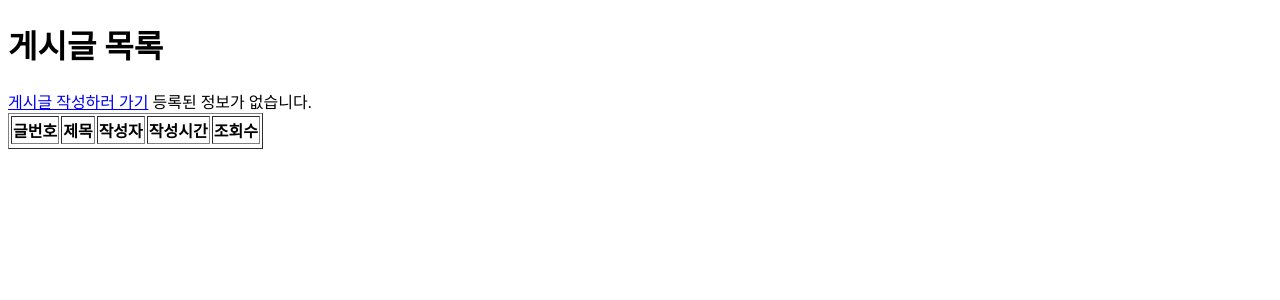
Repository: BSHaRu/secret
Page: http://localhost/integrated_implementaion/board/board_list.jsp
These files come from the project's save history. The page is drawn as it stood at one moment and after the next save; the edit follows.
The browser window is 1280 px wide. The pictures show the whole page.
The page is served by Tomcat 9.

Above is the page before, as saved 2022-07-13 04:43:51.

After the next save:
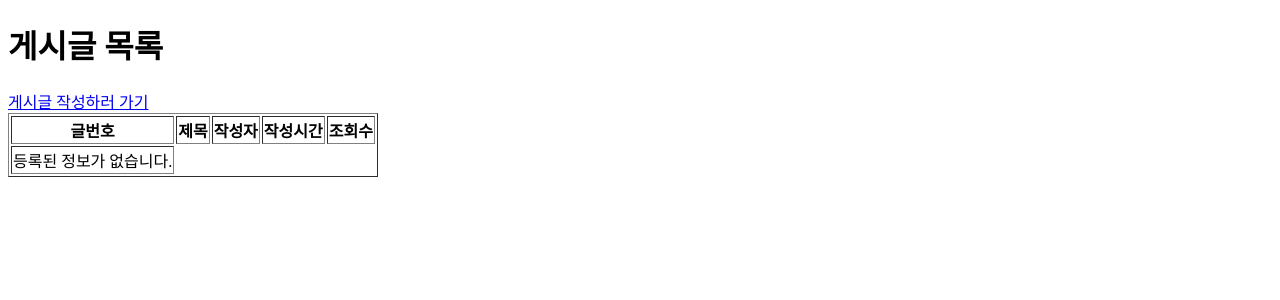
Saved 47 s later.
--- a/workspace/jsp/integrated_implementaion/src/main/webapp/board/board_list.jsp
+++ b/workspace/jsp/integrated_implementaion/src/main/webapp/board/board_list.jsp
@@ -24,9 +24,11 @@
 
 			</c:when>
 			<c:otherwise>
-				<tr>
+			<tr>
+				<td>
 					등록된 정보가 없습니다.
-				</tr>
+				</td>
+			</tr>
 			</c:otherwise>
 		</c:choose>
 
